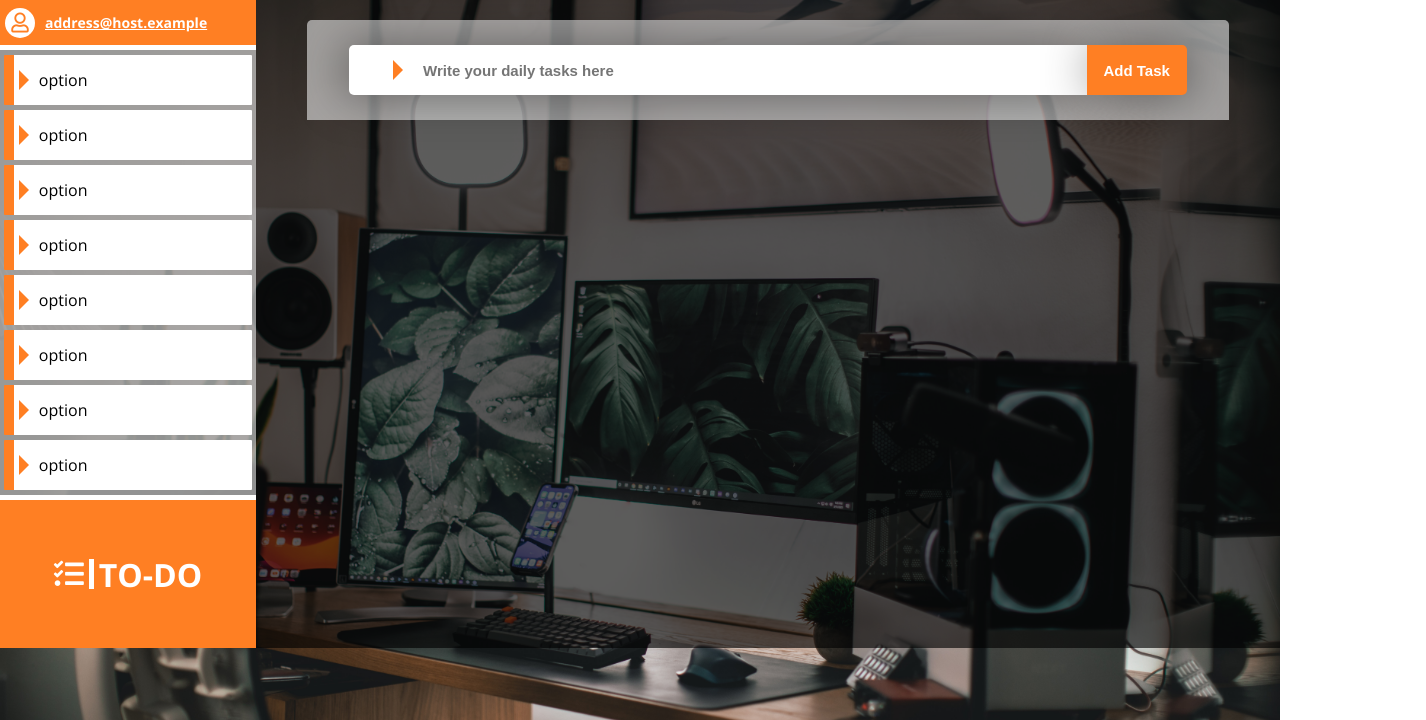
Repository: OmarEssameldinMousa/To-do-list-level01
Page: index.html
These files come from the project's save history. The page is drawn as it stood at one moment and after the next save; the edit follows.
The browser window is 1280 px wide. The page is 1280 px wide, then 1426 px, so the pictures cover 1426 px, including what lies to the right of the window. The pictures show the whole page.

Above is the page before, as saved 2023-08-08 11:29:22.

### index.html
<!DOCTYPE html>
<html lang="en">
<head>
    <meta charset="UTF-8">
    <meta name="viewport" content="width=device-width, initial-scale=1.0">
    <title>ToDo</title>
    <link rel="stylesheet" href="main.css">
    <link rel="preconnect" href="https://fonts.gstatic.com" />
    <link rel="stylesheet" href="css/all.min.css">
    <link href="https://fonts.googleapis.com/css2?family=Open+Sans:wght@400;700&display=swap" rel="stylesheet" />
</head>
<body>
    <div class="dashboard">
        <div class="nav">
            <div class="navigation">
                <div class="profile">
                    <div class="profile-pic">
                        <i class="fa-regular fa-user"></i>
                    </div>
                    <h3>address@host.example</h3>
                    <!-- <i class="fa-solid fa-bars"></i> -->
                </div>
                <ul>
                    <li>
                        <span class="toggle"></span>
                        <span class="title">option</span>
                    </li>
                    <li>
                        <span class="toggle"></span>
                        <span class="title">option</span>
                    </li>
                    <li>
                        <span class="toggle"></span>
                        <span class="title">option</span>
                    </li>
                    <li>
                        <span class="toggle"></span>
                        <span class="title">option</span>
                    </li>
                    <li>
                        <span class="toggle"></span>
                        <span class="title">option</span>
                    </li>
                    <li>
                        <span class="toggle"></span>
                        <span class="title">option</span>
                    </li>
                    <li>
                        <span class="toggle"></span>
                        <span class="title">option</span>
                    </li>
                    <li>
                        <span class="toggle"></span>
                        <span class="title">option</span>
                    </li>
                </ul>
                <div class="footer">
                    <i class="fa-solid fa-list-check"></i>
                    <span></span>
                    <h1>TO-DO</h1>
                </div>
            </div>
        </div>
        <div class="workstation">
            <div class="container">
                <div class="form">
                    <div>
                        <span></span>
                        <input type="text" class="input" placeholder="Write your daily tasks here">
                    </div>
                    <input type="submit" class="add" value="Add Task">
                </div>
                <!-- separator -->
                <div class="tasks">
                    <div class="tasks-numbers">

                    </div>
                    <div class="tasks-container">

                    </div>
                </div>
            </div>
        </div>
    </div>
    <script src="main.js"></script>
</body>
</html>

### main.css
:root {
    --main-color: rgba(235, 235, 235, 0.6);
    --secondery-color: #ff7f23;
}

/* mobiles */
@media (max-width: 767px) {
    body {
        background-image: none;
    }

    .dashboard {
        flex-direction: column;
    }

    .nav {
        width: 100%;
        height: 30px;
        overflow: hidden;
    }
}


/* Small */
@media (min-width: 768px) {
    .container {
        width: 750px;
    }
}

/* Medium */
@media (min-width: 992px) {
    .container {
        width: 970px;
    }
}

/* Large */
@media (min-width: 1200px) {
    .container {
        width: 1170px;
    }
}

* {
    -webkit-box-sizing: border-box;
    -moz-box-sizing: border-box;
    box-sizing: border-box;
    padding: 0;
    margin: 0;
}

body {
    font-family: "Open Sans", sans-serif;
    background-image: url(backgroundimage.jpg);
    background-repeat: no-repeat;
    background-size: cover;
    position: relative;
    height: 100%;
}

body::before {
    content: "";
    width: 100%;
    height: 100%;
    background-color: rgba(0, 0, 0, 0.629);
    position: absolute;
    top: 0;
    left: 0;
    z-index: -1;
}

ul {
    list-style: none;
}


.dashboard {
    display: flex;
    height: 100%;
    width: 100%;
    column-gap: 0px;
}

.nav {
    width: 20%;
    height: 100%;
    position: relative;
}

.nav .navigation {
    height: 100%;
    width: 100%;
    background: var(--main-color);
}

.nav .navigation .profile {
    width: 100%;
    height: 50px;
    background-color: var(--secondery-color);
    display: flex;
    align-items: center;
    border-bottom: 5px solid white;
}

.nav .navigation .profile .profile-pic {
    border-radius: 50%;
    background-color: white;
    height: 30px;
    width: 30px;
    display: flex;
    align-items: center;
    justify-content: center;
    margin-left: 5px;

}

.nav .navigation .profile i {
    font-size: 20px;
    color: var(--secondery-color);
}

.nav .navigation .profile h3 {
    font-size: 14px;
    padding-left: 10px;
    text-decoration: underline;
    color: white;
}

.nav .navigation ul {
    width: 97%;
    margin: auto;
    margin-top: 5px;
}

.nav .navigation ul li {
    padding: 5px;
    height: 50px;
    background-color: white;
    margin-bottom: 5px;
    border-radius: 1px;
    border-left: 10px solid #ff7f23;
    display: flex;
    align-items: center;
    transition: 0.3s;

}


.nav .navigation ul li:hover .toggle {
    padding-left: 10px;
}

.navigation .footer {
    width: 100%;
    height: 153px;
    background-color: #ff7f23;
    display: flex;
    align-items: center;
    justify-content: center;
    border-top: 5px solid white;
    column-gap: 5px;
}

.navigation .footer i {
    font-size: 30px;
    color: white;
}

.navigation .footer h1 {
    color: white;
}

.navigation .footer span {
    height: 30px;
    width: 5px;
    background-color: white;
}

li .toggle {
    border: 10px solid var(--secondery-color);
    border-color: transparent transparent transparent #ff7f23;

}

.workstation {
    width: 76%;
    height: 100%;
    position: relative;
    flex: 1;
}

.container {
    width: 100%;
    min-height: 50px;
    background-color: transparent;
    z-index: 1;
    position: absolute;
}

.container .form {
    width: 90%;
    height: 100px;
    background-color: var(--main-color);
    margin: 20px auto;
    border-top-right-radius: 5px;
    border-top-left-radius: 5px;
    text-align: center;
    position: relative;
    display: flex;
    justify-content: center;
    align-items: center;
}

.container .tasks {
    width: 90%;
    background-color: var(--main-color);
    margin: 20px auto;
    display: flex;
    border-bottom-left-radius: 5px;
    border-bottom-right-radius: 5px;
}

.container .form .input,
.container .form .add {
    display: block;
    height: 50px;
}

.container .form div {
    width: 80%;
    border-bottom-left-radius: 5px;
    border-top-left-radius: 5px;
    border: 0px solid;
    box-shadow: -5px 0 50px 0px #00000073;
    background-color: white;
    display: flex;
    justify-content: flex-end;
    align-items: center;
}

.container .form div span {
    border: 10px solid #ff7f23;
    border-color: transparent transparent transparent #ff7f23;
    margin-right: 10px;
}

.container .form div .input {
    outline: 0;
    font-size: 15px;
    border: 0px solid;
    font-weight: bold;
    width: 90%;
}

.container .form .add {
    width: 100px;
    border: 0px solid;
    background-color: #ff7f23;
    color: white;
    font-weight: bold;
    font-size: 15px;
    border-bottom-right-radius: 5px;
    border-top-right-radius: 5px;
    box-shadow: 5px 0 50px 0px #00000073;
}

.container .tasks .tasks-container {
    width: 80%;
    display: flex;
    flex-direction: column;
    align-items: center;
    align-content: center;
    flex: 1;
}

.container .tasks .tasks-container .task {
    width: 80%;
    height: 50px;
    border-radius: 5px;
    border: 0px solid;
    box-shadow: -5px 0 50px 0px #00000073;
    background-color: white;
    margin: 10px 0;
    position: relative;
    display: flex;
    align-items: center;
}

.container .tasks .tasks-container .task i {
    margin-left: 10px;
    margin-right: 10px;
    color: var(--secondery-color);
}


.container .tasks .tasks-container .task::after {
    content: "";
    width: 10%;
    height: 100%;
    background-color: #ff7f23;
    position: absolute;
    top: 0;
    left: 90%;
    z-index: 0;
    border-top-right-radius: 5px;
    border-bottom-right-radius: 5px;
}

.container .tasks .tasks-container .task i:first-of-type {
    position: absolute;
    right: 4%;
    top: 50%;
    transform: translateY(-50%);
    color: white;
    z-index: 1;
    font-size: 20px;
}

.container .tasks .tasks-container .task i:last-of-type {
    position: absolute;
    right: 0%;
    top: 50%;
    transform: translateY(-50%);
    color: white;
    z-index: 1;
    font-size: 20px;
}

.container .tasks .tasks-numbers {
    width: 50px;
    display: flex;
    align-items: center;
    flex-direction: column;
}


.tasks-numbers .repated-line-circle {
    width: 2px;
    height: 70px;
}

.tasks-numbers .line-circle {
    display: flex;
    flex-direction: column;
    width: 100%;
    height: 100%;
    justify-content: space-between;
    align-items: center;
}

.tasks-numbers .line-circle .upper-line {
    width: 100%;
    height: 40%;
    background-color: white;
}

.tasks-numbers .line-circle .circle {
    font-family: 'VT323', monospace;
    width: 20px;
    height: 20px;
    background-color: #ff7f23;
    border-radius: 50%;
    text-align: center;
    position: relative;
    transition: 0.3s;
    animation: gradient-animation 5s infinite alternate;
    border: 1px solid white;
}


.tasks-numbers .line-circle .circle p {
    position: absolute;
    left: 50%;
    top: 50%;
    transform: translate(-50%, -50%);
    font-size: 14px;
    color: white;
}

.line-circle .circle p a {
    text-decoration: none;
}

.tasks-numbers .line-circle .lower-line {
    width: 2px;
    height: 40%;
    background-color: white;
}

### main.js
let counter = 1;
let counterarray = [];
let tasksDiv = document.querySelector(".tasks-container");
let tasksnumbersDiv = document.querySelector(".tasks-numbers");
let inputbox = document.querySelector(".input");
let inputboxValue = inputbox.value;
let inputbtn = document.querySelector(".add");
let idtentity = 0;
let list = [];

function createTaskDiv_NumberDiv() {
    if (inputbox.value != "") {
        let inputbox = document.querySelector(".input");
        let inputboxValue = inputbox.value;
        counterarray.push(counter);
        // craeting task divs
        let taskDiv = document.createElement("div");
        taskDiv.className = "task";
        let i1 = document.createElement("i");
        i1.className = "fa-regular fa-square-check";
        let i2 = document.createElement("i");
        i2.className = "fa-solid fa-clock";
        let i3 = document.createElement("i");
        i3.className = "fa-regular fa-trash-can";
        i3.setAttribute("index", counterarray.length - 1);
        let tasktitle = document.createElement("h4");
        tasktitle.innerHTML = inputboxValue;
        // nesting all childs under each parent
        tasksDiv.appendChild(taskDiv);
        taskDiv.appendChild(i1);
        taskDiv.appendChild(i2);
        taskDiv.appendChild(i3);
        taskDiv.appendChild(tasktitle);
        //creating the numbering divs
        let repatedlinecircleDiv = document.createElement("div");
        repatedlinecircleDiv.className = "repated-line-circle";
        let linecirclediv = document.createElement("div");
        linecirclediv.className = "line-circle";
        let upperlinediv = document.createElement("div");
        upperlinediv.className = "upper-line";
        let circlediv = document.createElement("div");
        circlediv.className = "circle";
        let circleparacontent = document.createElement("p");
        circleparacontent.innerHTML = `${counterarray.length}`;
        let lowerlinediv = document.createElement("div");
        lowerlinediv.className = "lower-line";
        //nesting all childs under each parent
        tasksnumbersDiv.appendChild(repatedlinecircleDiv);
        repatedlinecircleDiv.appendChild(linecirclediv);
        linecirclediv.appendChild(upperlinediv);
        linecirclediv.appendChild(circlediv);
        circlediv.appendChild(circleparacontent);
        linecirclediv.appendChild(lowerlinediv);
        // after adjustments
        list.push({ "id": idtentity, "title": inputbox.value, });
        window.localStorage.setItem("tasks", JSON.stringify(list));
        inputbox.value = "";
        counter++;
        idtentity++;
        inputbox.focus();
    }
}

inputbtn.addEventListener("click", createTaskDiv_NumberDiv);

document.addEventListener("click", function (e) {
    if (e.target.className === "fa-regular fa-trash-can") {
        let n = 1;
        // deleting from BOM - local storage
        let storedTasks = JSON.parse(window.localStorage.getItem("tasks"))
        storedTasks.filter(a => a.id != e.index);
        list = storedTasks;
        window.localStorage.clear()
        window.localStorage.setItem("tasks", JSON.stringify(storedTasks));
        // deleting from the DOM
        e.target.parentElement.parentElement.previousElementSibling.lastChild.remove();
        counterarray.pop();
        counter--;
        e.target.parentElement.remove();
        document.querySelectorAll(".circle p").forEach(element => {
            element.innerHTML = n;
            n++;
        });
    }
})

Loaded but not shown: css/all.min.css (library)

After the next save:
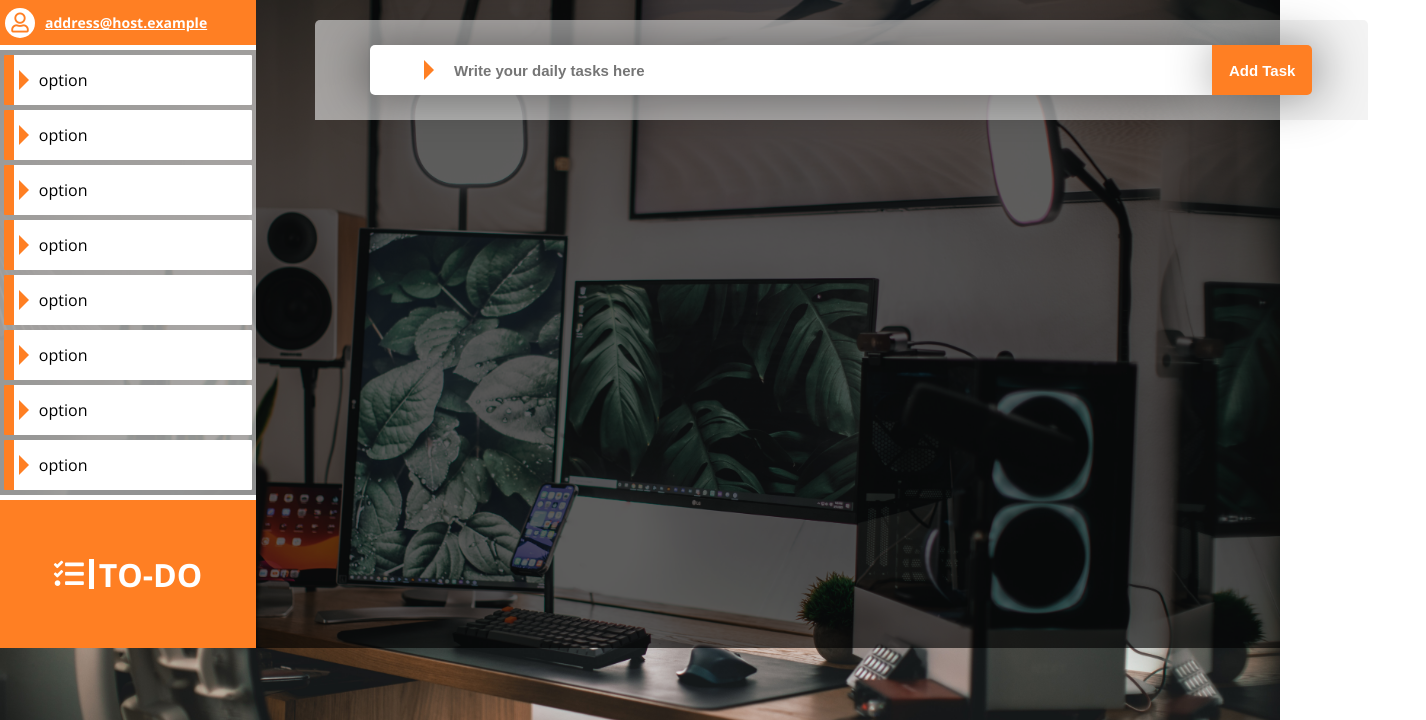
Saved 3 min 13 s later.
--- a/main.css
+++ b/main.css
@@ -4,43 +4,7 @@
 }
 
 /* mobiles */
-@media (max-width: 767px) {
-    body {
-        background-image: none;
-    }
-
-    .dashboard {
-        flex-direction: column;
-    }
-
-    .nav {
-        width: 100%;
-        height: 30px;
-        overflow: hidden;
-    }
-}
-
-
-/* Small */
-@media (min-width: 768px) {
-    .container {
-        width: 750px;
-    }
-}
-
-/* Medium */
-@media (min-width: 992px) {
-    .container {
-        width: 970px;
-    }
-}
-
-/* Large */
-@media (min-width: 1200px) {
-    .container {
-        width: 1170px;
-    }
-}
+/* mobiles */
 
 * {
     -webkit-box-sizing: border-box;
@@ -387,3 +351,40 @@ li .toggle {
     height: 40%;
     background-color: white;
 }
+
+@media (max-width: 767px) {
+    body {
+        background-image: none;
+    }
+
+    .dashboard {
+        flex-direction: column;
+    }
+
+    .nav {
+        width: 100%;
+        height: 30px;
+        overflow: hidden;
+    }
+}
+
+/* Small */
+@media (min-width: 768px) {
+    .container {
+        width: 750px;
+    }
+}
+
+/* Medium */
+@media (min-width: 992px) {
+    .container {
+        width: 970px;
+    }
+}
+
+/* Large */
+@media (min-width: 1200px) {
+    .container {
+        width: 1170px;
+    }
+}
